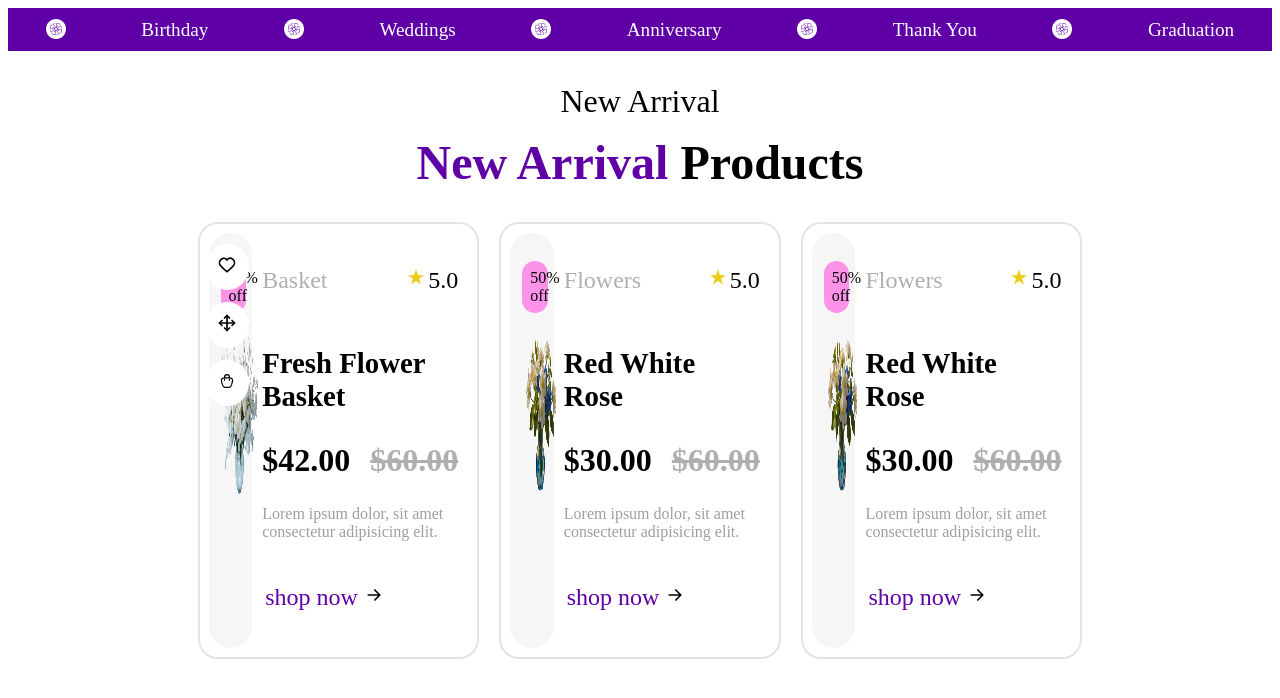
Repository: KolawoleTemilade/classroom-learning
Page: newarrival/index.html
An editor plug-in stored every save of this project. The page is shown before and after the next save, followed by the edit.
The browser window is 1280 px wide. The pictures show the whole page.

Above is the page before, as saved 2025-10-02 09:36:31.

### newarrival/index.html
<!DOCTYPE html>
<html lang="en">
  <head>
    <meta charset="UTF-8" />
    <meta name="viewport" content="width=h, initial-scale=1.0" />
    <title>new arrival</title>
    <link rel="stylesheet" href="style.css" />
  </head>
  <body>
    <section class="new-arrival-sect">
    <div class="marq-sect">
      <div class="marque">
        <img
          src="../newarrival/images/icons/marqueflower.png"
          alt="flower-icon"
          width="20"
          height="20"
        />
        <span>birthday</span>
        <img
          src="../newarrival/images/icons/marqueflower.png"
          alt="flower-icon"
          width="20"
          height="20"
        />
        <span>weddings</span>
        <img
          src="../newarrival/images/icons/marqueflower.png"
          alt="flower-icon"
          width="20"
          height="20"
        />
        <span>anniversary</span>
        <img
          src="../newarrival/images/icons/marqueflower.png"
          alt="flower-icon"
          width="20"
          height="20"
        />
        <span>thank you</span>
        <img
          src="../newarrival/images/icons/marqueflower.png"
          alt="flower-icon"
          width="20"
          height="20"
        />
        <span>graduation</span>
      </div>
    </div>

      <div class="new-arrival">
        <div class="new-arrival-title">
          <p class="title1">
            new arrival
            <span class="title2"
              >new arrival <span class="product-title">products</span></span
            >
          </p>
        </div>
        <section class="card-sec">
          <div class="new-arrival-product-card">
            <div class="product-card">
              <div class="img-sect">
                <img
                  src="./images/new-arrival/flower4.png"
                  alt="flower1"
                  width="200"
                  height="2 ,8>00"
                />
                <div class="absolute-container">
                  <p class="slash">30% off</p>
                  <div class="icons-sec">
                    <div class="icons">
                      <img
                        src="./images/icons/heart.svg"
                        alt="heart"
                        width="20"
                        height="20"
                      />
                    </div>
                    <div class="icons">
                      <img
                        src="./images/icons/crossedarrow.svg"
                        alt="arrow"
                        width="20"
                        height="20"
                      />
                    </div>
                    <div class="icons">
                      <img
                        src="./images/icons/shoppingbag.svg"
                        alt="shoppingbag"
                        width="20"
                        height="20"
                      />
                    </div>
                  </div>
                </div>
              </div>
              <div class="text-sect">
                <div class="basket-sec">
                  <p>basket</p>
                  <div class="rating-sec">
                    <img
                      src="./images/icons/ratings.svg"
                      alt="ratings"
                      width="20"
                      height="20"
                    />
                    <span>5.0</span>
                  </div>
                </div>
                <div class="fresh-flower-sec">
                  <h3>fresh flower basket</h3>
                  <h2>$42.00 <span class="slashed"> $60.00</span></h2>
                  <p>
                    Lorem ipsum dolor, sit amet consectetur adipisicing elit.
                  </p>
                  <div class="shop-btn">
                    <p>
                      shop now
                      <span
                        ><img
                          src="./images/icons/rightarrow.svg"
                          alt="right arrow"
                          width="20"
                          height="20"
                      /></span>
                    </p>
                  </div>
                </div>
              </div>
            </div>
          </div>
          <div class="new-arrival-product-card">
            <div class="product-card">
              <div class="img-sect">
                <img
                  src="./images/new-arrival/flower6.png"
                  alt="flower6"
                  width="200"
                  height="2 ,8>00"
                />
                <div class="absolute-container">
                  <p class="slash">50% off</p>
                  <div class="icons-sec2">
                    <div class="icons">
                      <img
                        src="./images/icons/heart.svg"
                        alt="heart"
                        width="20"
                        height="20"
                      />
                    </div>
                    <div class="icons">
                      <img
                        src="./images/icons/crossedarrow.svg"
                        alt="arrow"
                        width="20"
                        height="20"
                      />
                    </div>
                    <div class="icons">
                      <img
                        src="./images/icons/shoppingbag.svg"
                        alt="shoppingbag"
                        width="20"
                        height="20"
                      />
                    </div>
                  </div>
                </div>
              </div>
              <div class="text-sect">
                <div class="basket-sec">
                  <p>flowers</p>
                  <div class="rating-sec">
                    <img
                      src="./images/icons/ratings.svg"
                      alt="ratings"
                      width="20"
                      height="20"
                    />
                    <span>5.0</span>
                  </div>
                </div>
                <div class="fresh-flower-sec">
                  <h3>red white rose</h3>
                  <h2>$30.00 <span class="slashed"> $60.00</span></h2>
                  <p>
                    Lorem ipsum dolor, sit amet consectetur adipisicing elit.
                  </p>
                  <div class="shop-btn">
                    <p>
                      shop now
                      <span
                        ><img
                          src="./images/icons/rightarrow.svg"
                          alt="right arrow"
                          width="20"
                          height="20"
                      /></span>
                    </p>
                  </div>
                </div>
              </div>
            </div>
          </div>
          <div class="new-arrival-product-card">
            <div class="product-card">
              <div class="img-sect">
                <img
                  src="./images/new-arrival/flower6.png"
                  alt="flower6"
                  width="200"
                  height="2 ,8>00"
                />
                <div class="absolute-container">
                  <p class="slash">50% off</p>
                  <div class="icons-sec2">
                    <div class="icons">
                      <img
                        src="./images/icons/heart.svg"
                        alt="heart"
                        width="20"
                        height="20"
                      />
                    </div>
                    <div class="icons">
                      <img
                        src="./images/icons/crossedarrow.svg"
                        alt="arrow"
                        width="20"
                        height="20"
                      />
                    </div>
                    <div class="icons">
                      <img
                        src="./images/icons/shoppingbag.svg"
                        alt="shoppingbag"
                        width="20"
                        height="20"
                      />
                    </div>
                  </div>
                </div>
              </div>
              <div class="text-sect">
                <div class="basket-sec">
                  <p>flowers</p>
                  <div class="rating-sec">
                    <img
                      src="./images/icons/ratings.svg"
                      alt="ratings"
                      width="20"
                      height="20"
                    />
                    <span>5.0</span>
                  </div>
                </div>
                <div class="fresh-flower-sec">
                  <h3>red white rose</h3>
                  <h2>$30.00 <span class="slashed"> $60.00</span></h2>
                  <p>
                    Lorem ipsum dolor, sit amet consectetur adipisicing elit.
                  </p>
                  <div class="shop-btn">
                    <p>
                      shop now
                      <span
                        ><img
                          src="./images/icons/rightarrow.svg"
                          alt="right arrow"
                          width="20"
                          height="20"
                      /></span>
                    </p>
                  </div>
                </div>
              </div>
            </div>
          </div>
        </section>
      </div>
    </section>
  </body>
</html>

### newarrival/style.css
.marq-sect {
  background-color: #5e00a6;
  height: 6vh;
  width: 100%;
  align-content: center;
}
.marque {
  display: flex;
  align-content: center;
  justify-content: space-around;
}
.marque > span {
  text-transform: capitalize;
  color: white;
  font-size: 1.2rem;
}

.new-arrival-sect >  {
  display: flex;
  flex-direction: column;
  align-items: center;
  /* justify-content: center; */
  background-color: #F6F6F6;
  width: 100%;
}
.new-arrival{
  display: flex;
  flex-direction: column;
  align-items: center;
  justify-content: center;
}
.title1 {
  font-size: 2rem;
  display: flex;
  flex-direction: column;
  align-items: center;
  justify-content: center;
  gap: 15px;
  text-transform: capitalize;
}
.title2 {
  font-size: 3rem;
  color: #5e00a6;
  font-weight: 700;
}
.product-title {
  color: black;
  font-size: 3rem;
  font-weight: 700;
}
.card-sec {
  display: flex;
  gap:20px;
  width: 70%;
}
.new-arrival-product-card {
  border: 2px solid rgb(230, 227, 227);
  padding: 9px;
  border-radius: 20px;
  background-color: #ffffff;
  width: 100%;
}

.product-card {
  display: flex;
  background-color: #ffffff;
  width: 100%;

}
.img-sect {
  position: relative;
  border: 3px solid transparent;
  border-radius: 40px;
  background-color: #f6f6f6;
  width: 100%;
  padding: 9px;
}
.img-sect > img {
  position: absolute;
  top: 15%;
  width: 100%;
  height: 30vh;
}
.absolute-container > p {
  padding: 8px;
  width: 25%;
  border-radius: 20px;
  text-align: center;
}
.slash {
  position: absolute;
  background: #fd93e8;
}

.icons-sec {
  position: absolute;
  top: 2%;
  right: 2%;
  display: flex;
  flex-direction: column;
  gap: 12px;
}
.icons {
  padding: 10px;
  width: 50%;
  border: 1px solid transparent;
  border-radius: 50%;
  background-color: white;
}
.text-sect {
  width: 100%;
  padding: 10px;
}
.basket-sec {
  display: flex;
  justify-content: space-between;
  align-items: center;
}
.basket-sec > p {
  text-transform: capitalize;
  color: #afafaf;
  font-size: 1.5rem;
}
.rating-sec {
  display: flex;
  gap: 2px;
  font-size: 1.5rem;
}
.fresh-flower-sec > h3 {
  font-size: 1.8rem;
  text-transform: capitalize;
  font-weight: 600;
}
.fresh-flower-sec > h2 {
  font-size: 2rem;
  display: flex;
  gap: 20px;
}
.slashed {
  color: #afafaf;
  text-decoration: line-through;
}
.fresh-flower-sec > p {
  font-size: 1.rem;
  color: #9f9f9f;
}
.shop-btn {
  color: #5e00a6;
  display: flex;
  align-items: center;
  padding: 3px;
  font-size: 1.5rem;
}
.icons-sec2 {
    display: none;
}

After the next save:
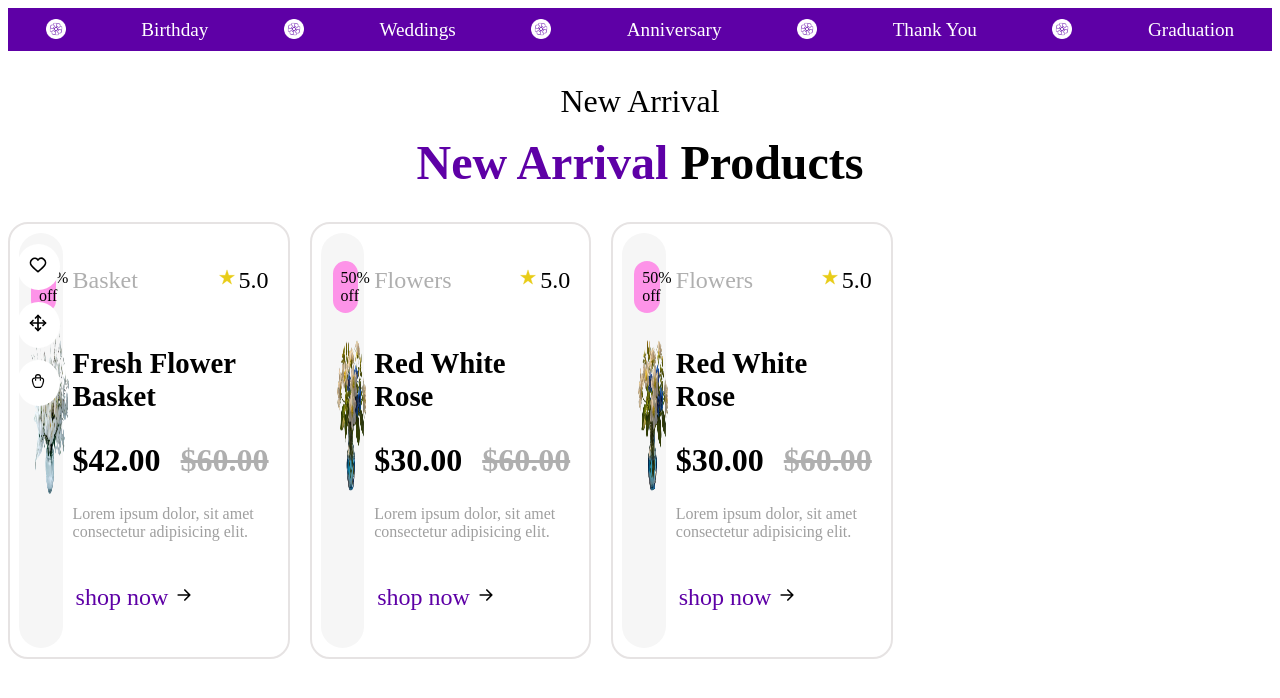
Saved 57 s later.
--- a/newarrival/style.css
+++ b/newarrival/style.css
@@ -26,8 +26,8 @@
 .new-arrival{
   display: flex;
   flex-direction: column;
-  align-items: center;
-  justify-content: center;
+  /* align-items: center;
+  justify-content: center; */
 }
 .title1 {
   font-size: 2rem;

After the save that followed:
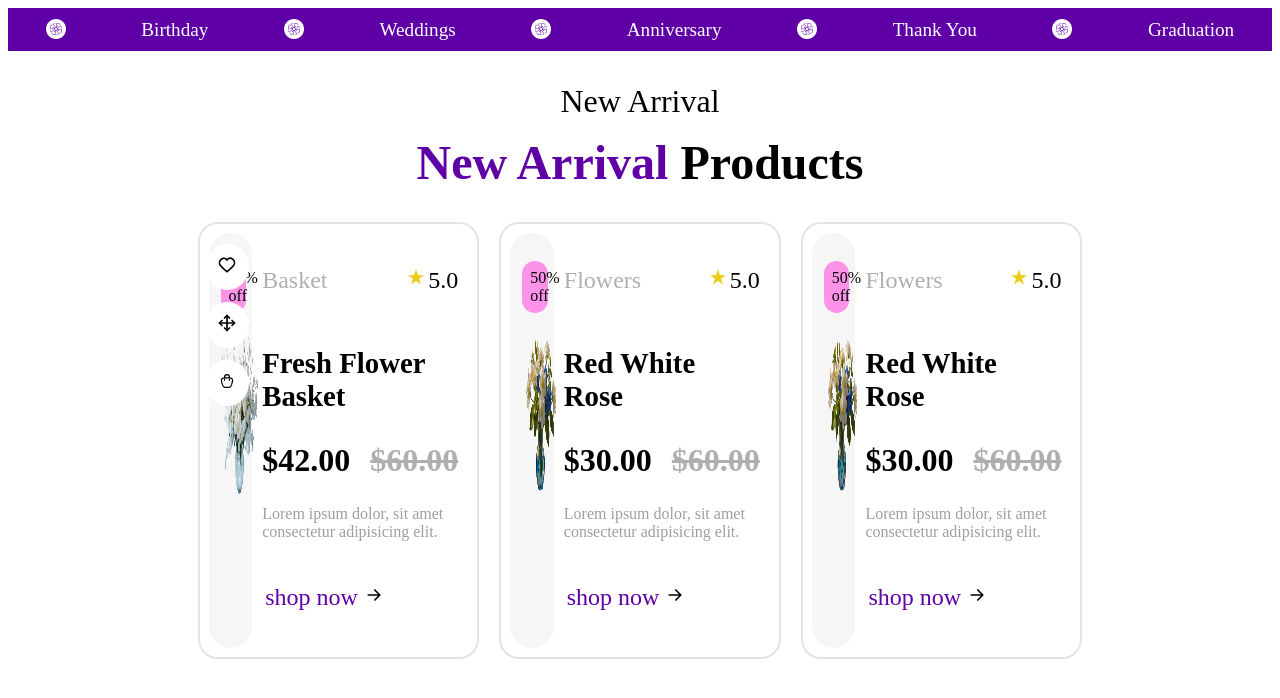
Saved 58 s later.
--- a/newarrival/style.css
+++ b/newarrival/style.css
@@ -26,8 +26,8 @@
 .new-arrival{
   display: flex;
   flex-direction: column;
-  /* align-items: center;
-  justify-content: center; */
+  align-items: center;
+  justify-content: center;
 }
 .title1 {
   font-size: 2rem;
